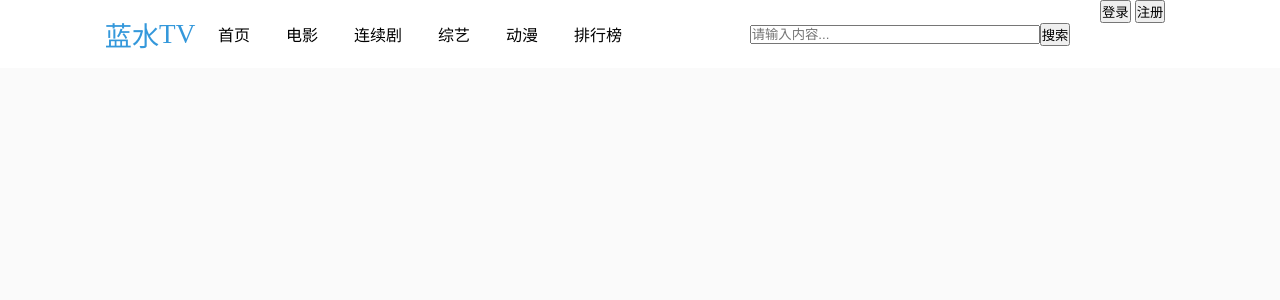
Repository: 842992406/blueWaterTV
Page: index.html
The author's editor kept a copy of each file at every save. The page is drawn from the files as they stood at one save, then again after the next save.
The browser window is 1280 px wide. The pictures show the whole page.

Above is the page before, as saved 2022-05-05 15:43:28.

After the next save:
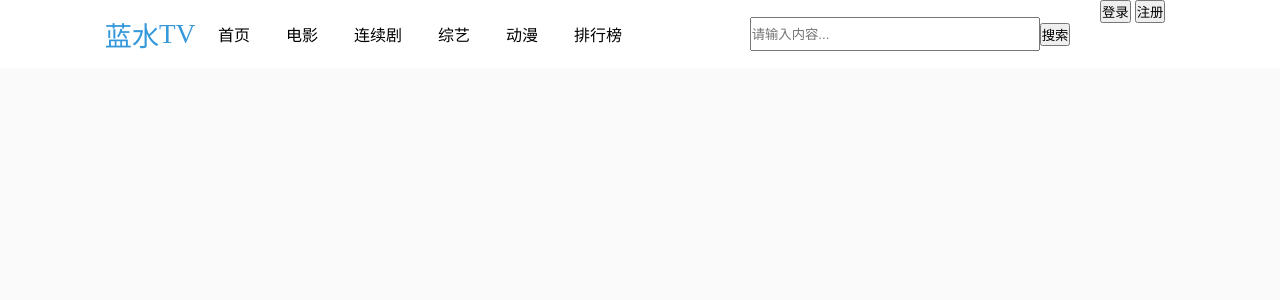
Saved 24 s later.
--- a/css/index.css
+++ b/css/index.css
@@ -89,4 +89,5 @@ header{
 
 .search #input{
   width: 290px;
+  height: 50%;
 }
